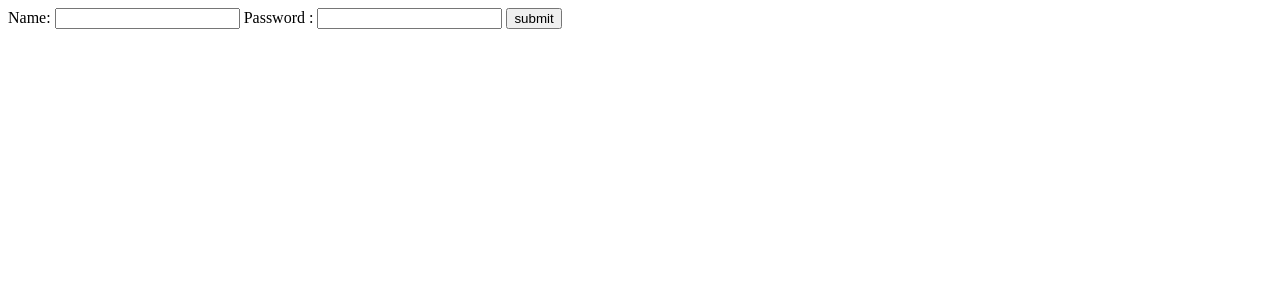
Repository: toprak1919/BaronEmlak
Page: helloworld/page.html
These files come from the project's save history. The page is drawn as it stood at one moment and after the next save; the edit follows.
The browser window is 1280 px wide. The pictures show the whole page.

Above is the page before, as saved 2020-12-07 22:08:21.

After the next save:
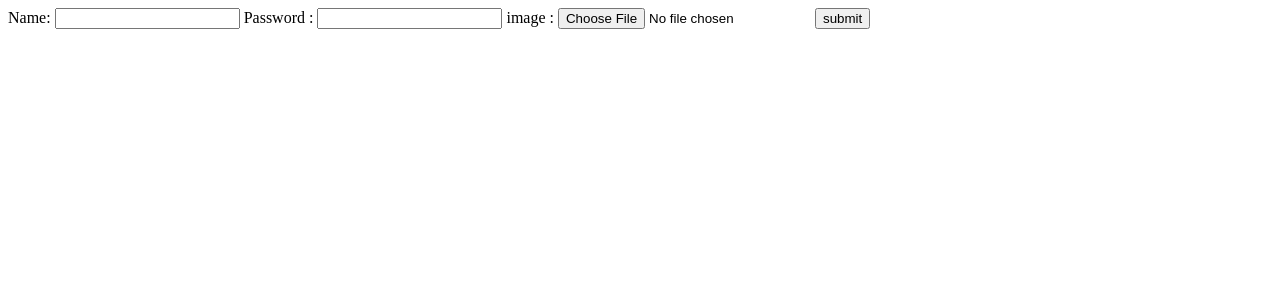
Saved 54 s later.
--- a/helloworld/page.html
+++ b/helloworld/page.html
@@ -5,6 +5,7 @@
 <form action="processs.php">
 Name: <input type="text" name="nameInput">
 Password : <input type="password" name= "pswd">
+image : <input type="file" name="image">
 <button type="submit">submit</button>
 
 </form>
